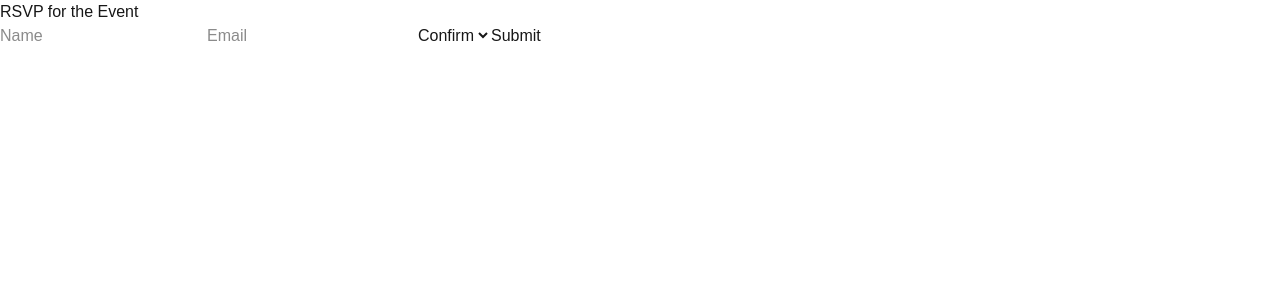
Repository: Jennica1/FULLSTACK-FINAL-PROJ
Page: / (app in rsvp-app/frontend/)
An editor plug-in stored every save of this project. The page is shown before and after the next save, followed by the edit.
The browser window is 1280 px wide. The pictures show the whole page.
The project was rebuilt for these pictures with package versions that can differ from the ones it lists, and the page was loaded fresh each time. The framework's server and built-in components were replaced by stand-ins that run in the browser. Also part of the build but not shown: rsvp-app/frontend/next.config.mjs.

Above is the page before, as saved 2025-03-18 19:33:38.

### rsvp-app/frontend/app/page.js
'use client';
import { useState } from 'react';

export default function Home() {
  const [name, setName] = useState('');
  const [email, setEmail] = useState('');
  const [status, setStatus] = useState('confirmed');
  const [message, setMessage] = useState('');

  const handleSubmit = async (e) => {
    e.preventDefault();

    try {
      const response = await fetch('http://localhost:3001/rsvp_db', {
        method: 'POST',
        headers: {
          'Content-Type': 'application/json',
        },
        body: JSON.stringify({ name, email, status }),
      });

      const data = await response.json();
      console.log('Response:', data); // Log the response to verify if it's successful
      setMessage(data.message);
    } catch (error) {
      console.error('Error submitting data:', error);
    }
  };


  return (
    <div>
      <h1>RSVP for the Event</h1>
      <form onSubmit={handleSubmit}>
        <input
          type="text"
          placeholder="Name"
          value={name}
          onChange={(e) => setName(e.target.value)}
        />
        <input
          type="email"
          placeholder="Email"
          value={email}
          onChange={(e) => setEmail(e.target.value)}
        />
        <select
          value={status}
          onChange={(e) => setStatus(e.target.value)}
        >
          <option value="confirmed">Confirm</option>
          <option value="declined">Decline</option>
        </select>
        <button type="submit">Submit</button>
      </form>

      {message && <p>{message}</p>} {/* Display the static confirmation message */}
    </div>
  );
}

Loaded but not shown: rsvp-app/frontend/app/layout.js (common file); rsvp-app/frontend/app/globals.css (common file)

After the next save:
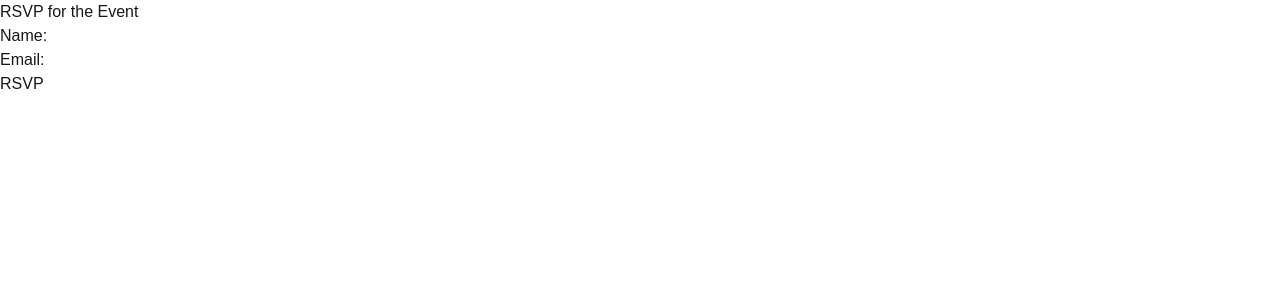
Saved 14 s later.
--- a/rsvp-app/frontend/app/page.js
+++ b/rsvp-app/frontend/app/page.js
@@ -1,60 +1,56 @@
-'use client';
-import { useState } from 'react';
+"use client";
 
-export default function Home() {
-  const [name, setName] = useState('');
-  const [email, setEmail] = useState('');
-  const [status, setStatus] = useState('confirmed');
-  const [message, setMessage] = useState('');
+import { useState } from "react";
+
+const RsvpForm = () => {
+  const [name, setName] = useState("");
+  const [email, setEmail] = useState("");
+  const [message, setMessage] = useState("");
 
   const handleSubmit = async (e) => {
     e.preventDefault();
 
-    try {
-      const response = await fetch('http://localhost:3001/rsvp_db', {
-        method: 'POST',
-        headers: {
-          'Content-Type': 'application/json',
-        },
-        body: JSON.stringify({ name, email, status }),
-      });
+    const response = await fetch("/api/rsvp", {
+      method: "POST",
+      headers: {
+        "Content-Type": "application/json",
+      },
+      body: JSON.stringify({ name, email }),
+    });
 
-      const data = await response.json();
-      console.log('Response:', data); // Log the response to verify if it's successful
-      setMessage(data.message);
-    } catch (error) {
-      console.error('Error submitting data:', error);
-    }
+    const result = await response.text();
+    setMessage(result);
   };
-
 
   return (
     <div>
       <h1>RSVP for the Event</h1>
       <form onSubmit={handleSubmit}>
-        <input
-          type="text"
-          placeholder="Name"
-          value={name}
-          onChange={(e) => setName(e.target.value)}
-        />
-        <input
-          type="email"
-          placeholder="Email"
-          value={email}
-          onChange={(e) => setEmail(e.target.value)}
-        />
-        <select
-          value={status}
-          onChange={(e) => setStatus(e.target.value)}
-        >
-          <option value="confirmed">Confirm</option>
-          <option value="declined">Decline</option>
-        </select>
-        <button type="submit">Submit</button>
+        <div>
+          <label htmlFor="name">Name:</label>
+          <input
+            type="text"
+            id="name"
+            value={name}
+            onChange={(e) => setName(e.target.value)}
+            required
+          />
+        </div>
+        <div>
+          <label htmlFor="email">Email:</label>
+          <input
+            type="email"
+            id="email"
+            value={email}
+            onChange={(e) => setEmail(e.target.value)}
+            required
+          />
+        </div>
+        <button type="submit">RSVP</button>
       </form>
-
-      {message && <p>{message}</p>} {/* Display the static confirmation message */}
+      {message && <p>{message}</p>}
     </div>
   );
-}
+};
+
+export default RsvpForm;
